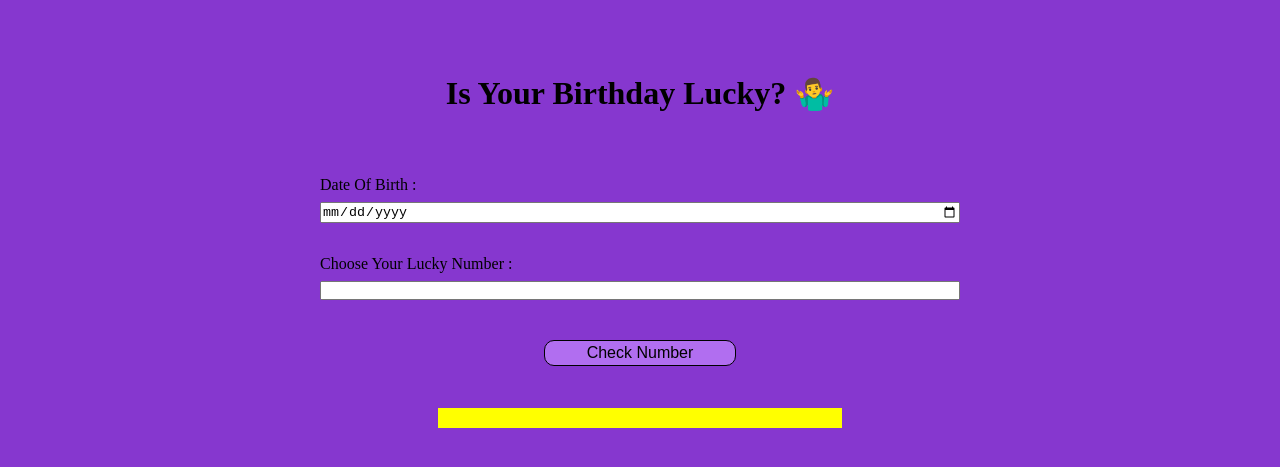
Repository: patelamancode/Lucky-Birthday-App
Page: index.html
These files come from the project's save history. The page is drawn as it stood at one moment and after the next save; the edit follows.
The browser window is 1280 px wide. The pictures show the whole page.

Above is the page before, as saved 2022-11-21 18:21:35.

### index.html
<!DOCTYPE html>
<html lang="en">
<head>
    <meta charset="UTF-8">
    <meta http-equiv="X-UA-Compatible" content="IE=edge">
    <meta name="viewport" content="width=device-width, initial-scale=1.0">
    <link rel="stylesheet" href="index.css">
    <title>Is your birthday lucky</title>
</head>
<body>
    <div id="main-container">
        <h1 class="app-title">Is Your Birthday Lucky? 🤷‍♂️</h1>
        <label for="date-of-birth" class="dob">Date Of Birth :</label>
        <input type="date" value="11-06-1997" class="selected-dob">
        <label for="lucky-number" class="favourite-number">Choose Your Lucky Number :</label>
        <input type="number" class="user-number">
        <button id="check-btn">Check Number</button>
    </div>
    <div id="graphic-container">

    </div>
    <script src="index.js"></script>
</body>
</html>

### index.css
*{
    margin: 0;
    padding: 0;
}
 body{
    background-color: rgb(134, 55, 207);
 }

 #main-container {
    display: flex;
    flex-direction: column;
    width: 50vw;
    margin: auto;
    margin-top: 2rem;
    padding: 10px;
    text-align: center;
 }

 .app-title{
    margin: 2rem 0;
 }
 label{
    width: auto;
    text-align: left;
    margin-top: 2rem;
    margin-bottom: 0.5rem;
 }
 /* input{
    -webkit-appearance: none;
    box-shadow: none !important;
 } */
 button{
    margin: auto;
    margin-top: 2.5rem;
    width: 30%;
    padding: 3px;
    font-size: 1rem;
    font-weight: 500;
    border: 1px solid;
    background-color: rgb(177, 110, 240);
    border-radius: 10px;
 }


 #graphic-container{
    display: flex;
    background-color: yellow;
    width: 30vw;
    margin: auto;
    margin-top: 2rem;
    padding: 10px;
    text-align: center;
 }

### index.js
// console.log("hey Aman js in there");

const checkButton = document.querySelector('#check-btn');
const appContent = document.querySelector('#main-container');
const userBirthDate = document.querySelector('.selected-dob').value;
const userSecretNumber = document.querySelector('.user-number');


function hideContent(){
    appContent.style.display = "none";
}


checkButton.addEventListener('click' , function showGraphic(){
    hideContent();


});

After the next save:
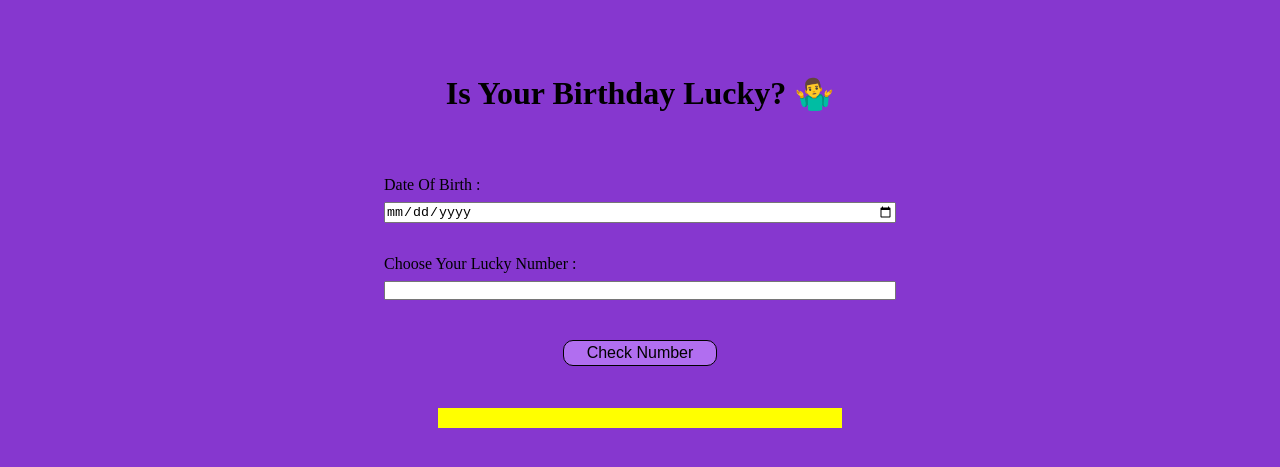
Saved 51 s later.
--- a/index.css
+++ b/index.css
@@ -9,7 +9,7 @@
  #main-container {
     display: flex;
     flex-direction: column;
-    width: 50vw;
+    width: 40vw;
     margin: auto;
     margin-top: 2rem;
     padding: 10px;
